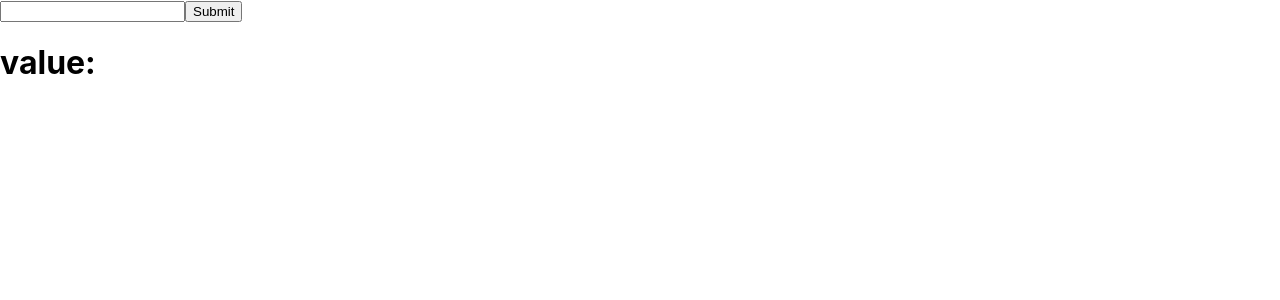
Repository: mariocapitbrok/robot-position
Page: /
The author's editor kept a copy of each file at every save. The page is drawn from the files as they stood at one save, then again after the next save.
The browser window is 1280 px wide. The pictures show the whole page.
The project was rebuilt for these pictures with package versions that can differ from the ones it lists, and the page was loaded fresh each time. Also part of the build but not shown: src/App.css.

Above is the page before, as saved 2021-12-01 17:29:46.

After the next save:
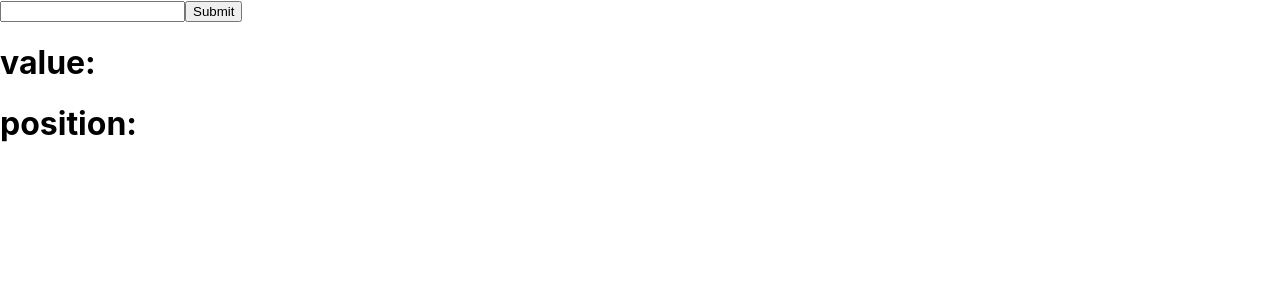
Saved 69 s later.
--- a/src/components/robot.jsx
+++ b/src/components/robot.jsx
@@ -15,6 +15,8 @@ const Robot = () => {
     switch (move) {
       case 'u':
         console.log('up');
+        setX(x + 1);
+        console.log(x);
         break;
       case 'd':
         console.log('down');
@@ -44,6 +46,7 @@ const Robot = () => {
         <button onClick={handleClick}>Submit</button>
       </form>
       <h1>value: {value}</h1>
+      <h1>position: {}</h1>
     </React.Fragment>
   );
 };
